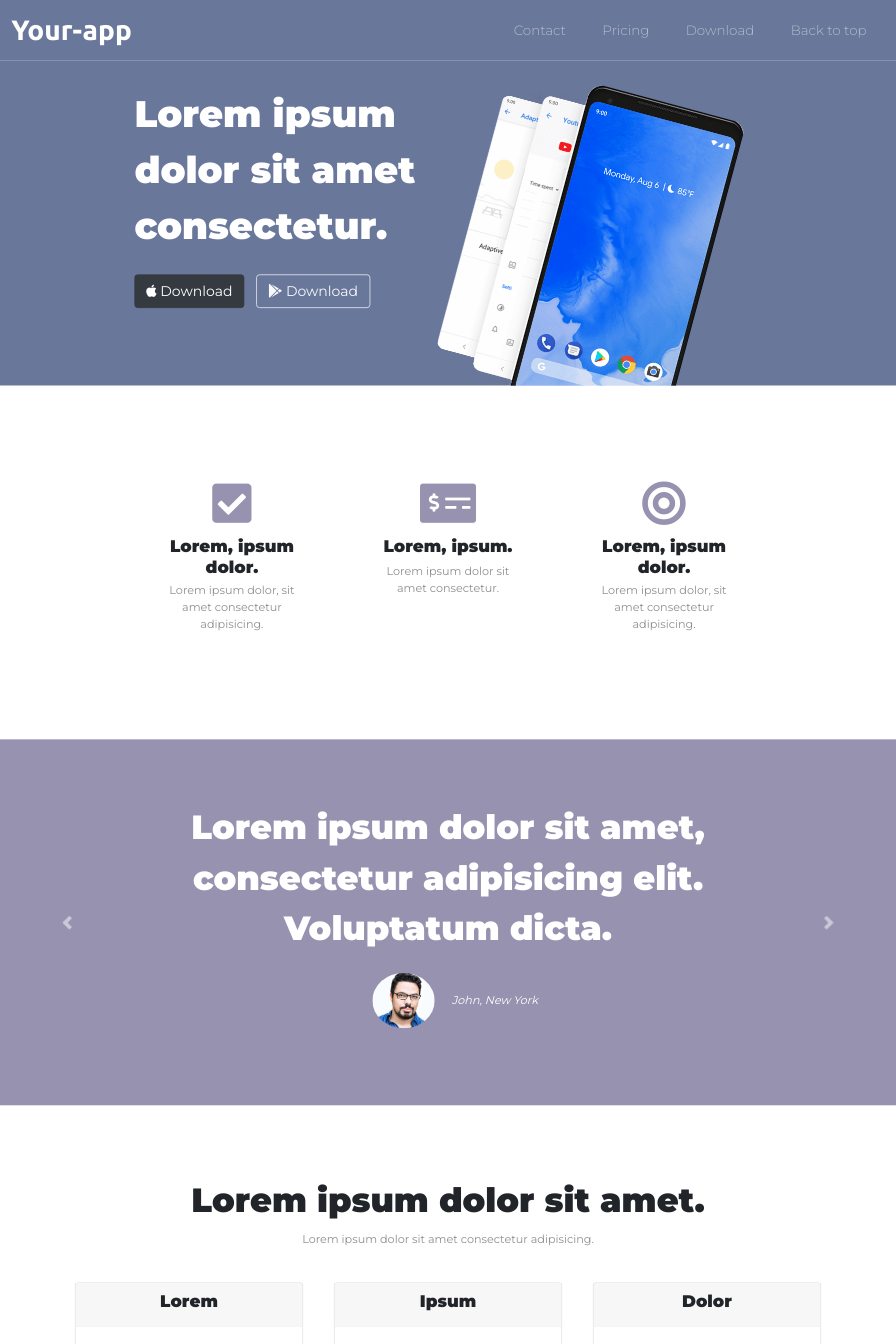
Repository: Isanderr/Simple_landing_page_2-Bootstrap4
Page: index.html
These files come from the project's save history. The page is drawn as it stood at one moment and after the next save; the edit follows.
The browser window is 1280 px wide. The pictures show the part of the page from y = 0 to 1920 px (the page is 3125 px tall), at 70% of full size.
Some web libraries are served in a nearby version.

Above is the page before, as saved 2019-02-03 19:56:13.

After the next save:
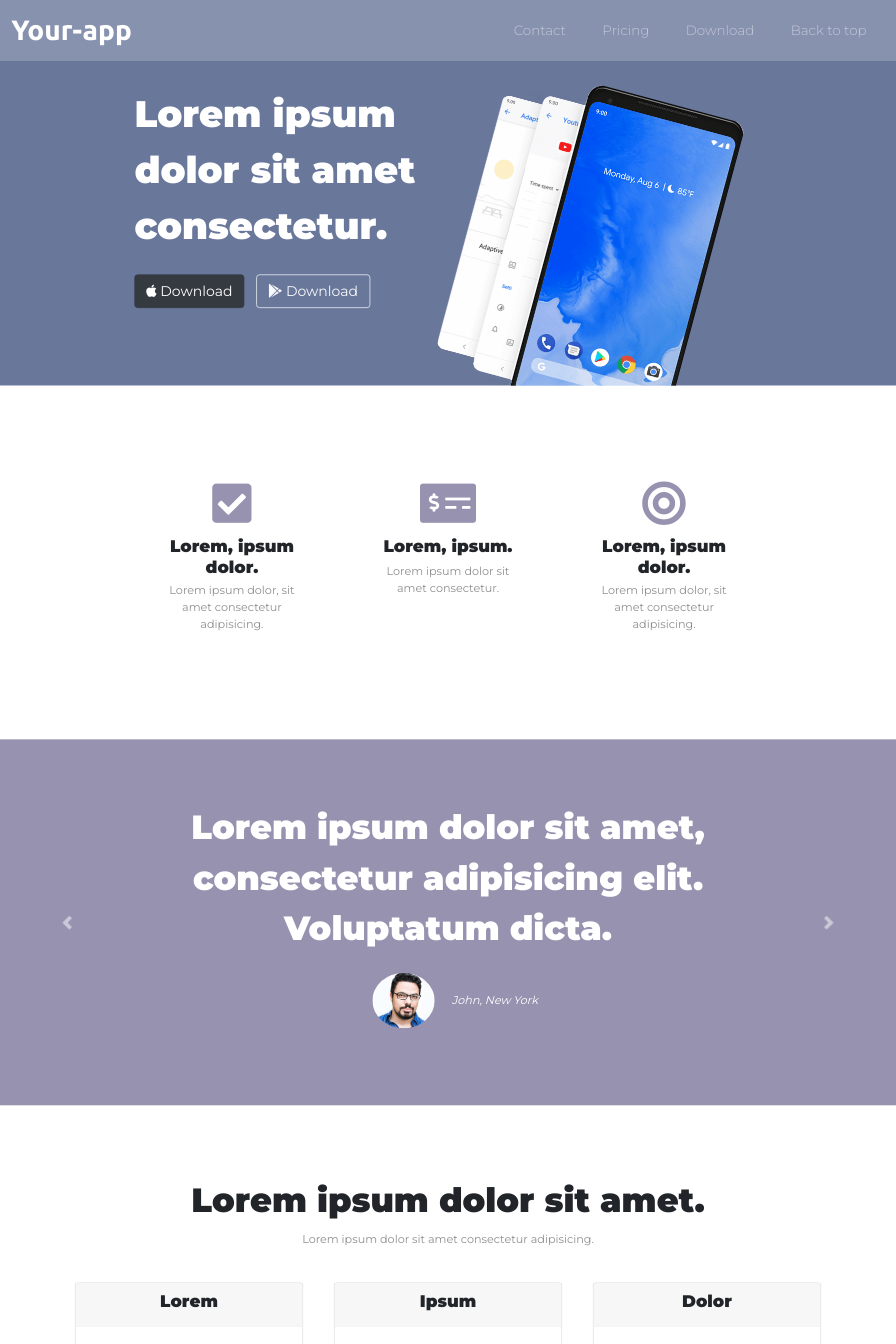
Saved 28 s later.
--- a/css/styles.css
+++ b/css/styles.css
@@ -56,7 +56,7 @@
 /* Nav */
 
 .navbar {
-    background-color:  #69779b;
+    background-color:rgba(105, 119, 155, 0.8)
 }
 
 .navbar-brand{

After the 2 saves that followed:
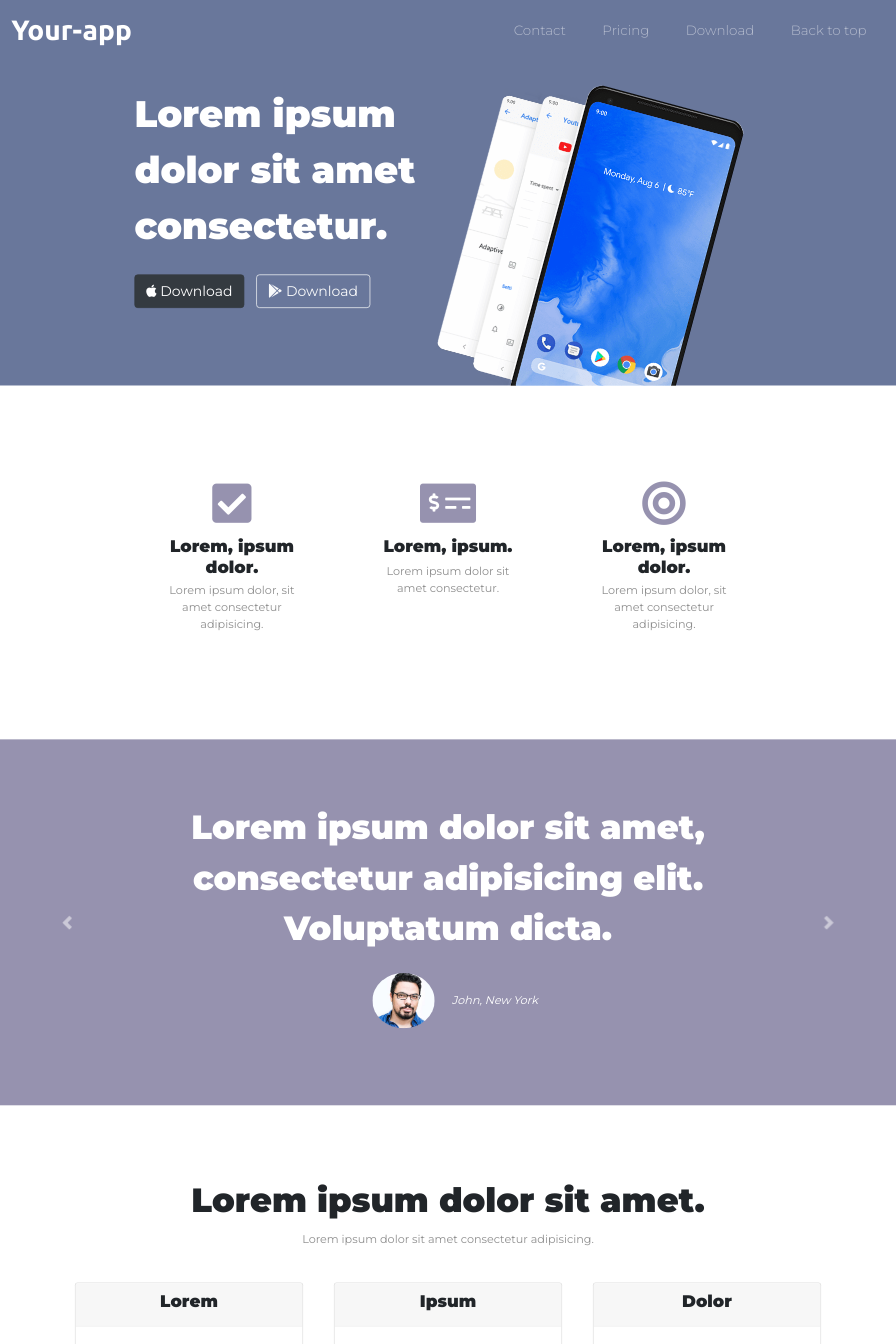
The 2 saves are shown as one change because 1 left the picture as it was.
The last was saved 93 s later.
--- a/css/styles.css
+++ b/css/styles.css
@@ -11,7 +11,6 @@
 
 body {
     font-family: 'Montserrat', sans-serif;
-    padding-top: 86px;
 }
 
 h1, h2, h3, h4, h5, h6 {
@@ -46,6 +45,7 @@
 }
 
 #title {
+    padding-top: 86px;
     background-color: #69779b;
     color: #ffffff;
 }
@@ -56,7 +56,7 @@
 /* Nav */
 
 .navbar {
-    background-color:rgba(105, 119, 155, 0.8)
+    background-color:rgba(105, 119, 155, 0.8);
 }
 
 .navbar-brand{
